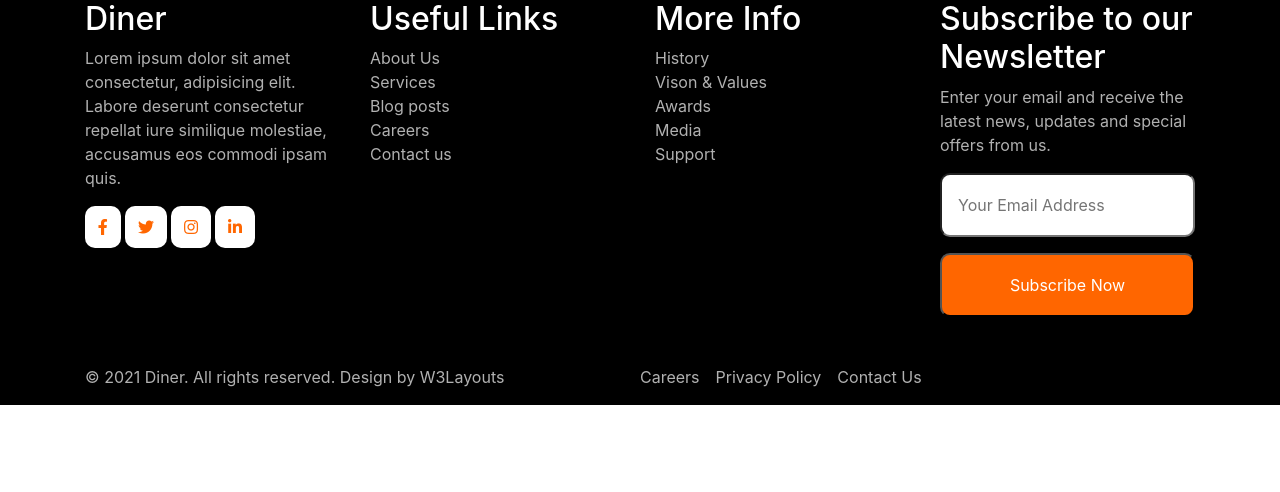
Repository: ngoctinvo/diner_project_cybersoft
Page: index.html
An editor plug-in stored every save of this project. The page is shown before and after the next save, followed by the edit.
The browser window is 1280 px wide. The pictures show the whole page.
Some web libraries are served in a nearby version. The style sheet was rebuilt from its Sass, Less or Tailwind sources for each picture, by a compiler version that may differ from the author's.

Above is the page before, as saved 2022-04-16 15:44:33.
Not found: js/index.js

### index.html
<!DOCTYPE html>
<html lang="en">

<head>
    <meta charset="UTF-8">
    <meta http-equiv="X-UA-Compatible" content="IE=edge">
    <meta name="viewport" content="width=device-width, initial-scale=1.0">
    <title>Document</title>
    <link rel="stylesheet" href="https://cdnjs.cloudflare.com/ajax/libs/font-awesome/6.1.1/css/all.min.css" />
    <link rel="stylesheet" href="https://cdnjs.cloudflare.com/ajax/libs/aos/2.3.4/aos.css" />
    <link rel="stylesheet" href="https://cdnjs.cloudflare.com/ajax/libs/animate.css/4.1.1/animate.min.css" />
    <link rel="stylesheet" href="https://cdnjs.cloudflare.com/ajax/libs/slick-carousel/1.8.1/slick.min.css" />
    <link rel="stylesheet" href="https://cdnjs.cloudflare.com/ajax/libs/slick-carousel/1.8.1/slick-theme.min.css" />
    <link rel="stylesheet" href="https://cdn.jsdelivr.net/npm/bootstrap@4.6.0/dist/css/bootstrap.min.css" />
    <link rel="stylesheet" href="https://cdnjs.cloudflare.com/ajax/libs/font-awesome/5.15.4/css/all.min.css" />
    <link rel="stylesheet" href="./css/index.css">
</head>

<body>
    <header></header>
    <footer class="footer">
        <div class="container">
            <div class="infor">
                <div class="row">
                    <div class="col-lg-3 col-md-6 col-sm-12">
                        <div class="item diner">
                            <h2>Diner</h2>
                            <p>Lorem ipsum dolor sit amet consectetur, adipisicing elit. Labore deserunt consectetur repellat iure similique molestiae, accusamus eos commodi ipsam quis.</p>
                            <div class="icon">
                                <i class="fab fa-facebook-f"></i>
                                <i class="fab fa-twitter"></i>
                                <i class="fab fa-instagram"></i>
                                <i class="fab fa-linkedin-in"></i>
                            </div>
                        </div>
                    </div>

                    <div class="col-lg-3 col-md-6 col-sm-12">
                        <div class="item userful-links">
                            <h2>Useful Links</h2>
                            <div class="list">
                                <a href="#">About Us</a>
                                <a href="#">Services</a>
                                <a href="#">Blog posts</a>
                                <a href="#">Careers</a>
                                <a href="#">Contact us</a>
                            </div>


                        </div>
                    </div>
                    <div class="col-lg-3 col-md-6 col-sm-12">
                        <div class="item more-info">
                            <h2>More Info</h2>
                            <div class="list">
                                <a href="#">History</a>
                                <a href="#">Vison & Values</a>
                                <a href="#">Awards</a>
                                <a href="#">Media</a>
                                <a href="#">Support</a>
                            </div>

                        </div>
                    </div>
                    <div class="col-lg-3 col-md-6 col-sm-12">
                        <div class="item subscribe">
                            <h2>Subscribe to our Newsletter</h2>
                            <p>Enter your email and receive the latest news, updates and special offers from us.</p>
                            <input type="text" placeholder="Your Email Address">
                            <button>Subscribe Now</button>
                        </div>
                    </div>
                </div>
            </div>
            <div class="copyright">
                <div class="row">
                    <div class="right col-lg-6 col-md-12">
                        <p>&copy; 2021 Diner. All rights reserved. Design by W3Layouts</p>
                    </div>
                    <div class="nav col-lg-6 col-md-12">
                        <ul>
                            <li><a href="#">Careers</a></li>
                            <li><a href="#">Privacy Policy</a></li>
                            <li><a href="#">Contact Us</a></li>
                        </ul>
                    </div>
                </div>

            </div>
        </div>
    </footer>
    <script src="https://code.jquery.com/jquery-3.6.0.min.js"></script>
    <script src="https://cdnjs.cloudflare.com/ajax/libs/aos/2.3.4/aos.js"></script>
    <script type="text/javascript" src="//cdn.jsdelivr.net/npm/slick-carousel@1.8.1/slick/slick.min.js"></script>
    <script src="https://cdnjs.cloudflare.com/ajax/libs/popper.js/1.14.7/umd/popper.min.js"></script>
    <script src="https://stackpath.bootstrapcdn.com/bootstrap/4.3.1/js/bootstrap.min.js"></script>
    <script src="./js/index.js"></script>
</body>

</html>

### sass/index.scss
* {
    margin: 0;
    padding: 0;
    box-sizing: border-box;
}

.footer {
    background-color: black;
    color: rgb(177, 177, 177);
    a {
        color: rgb(177, 177, 177);
    }
    a:hover {
        color: #ff6600;
        text-decoration: none;
    }
    .infor {
        h2 {
            color: white;
        }
        .icon i {
            padding: 0.8rem;
            color: #ff6600;
            border-radius: 10px;
            background-color: white;
            font-size: 1rem;
        }
        .list {
            display: flex;
            flex-direction: column;
        }
        .subscribe input {
            width: 100%;
            height: 4rem;
            border-radius: 10px;
            margin-bottom: 1rem;
            padding-left: 1rem;
        }
        .subscribe button {
            width: 100%;
            height: 4rem;
            border-radius: 10px;
            background-color: #ff6600;
            color: white;
        }
    }
    .copyright {
        margin: 3rem 0;
        .nav ul {
            display: flex;
            flex-direction: row;
            li {
                margin-right: 1rem;
                list-style-type: none;
            }
        }
    }
}


/*# sourceMappingURL=index.css.map */

After the next save:
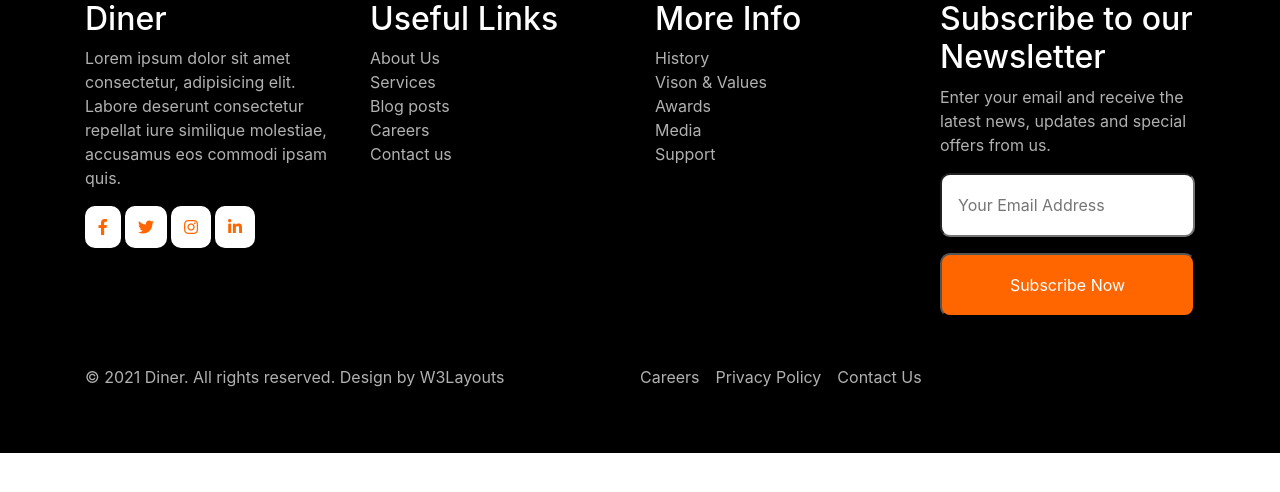
Saved 13 s later.
--- a/sass/index.scss
+++ b/sass/index.scss
@@ -45,7 +45,7 @@
         }
     }
     .copyright {
-        margin: 3rem 0;
+        padding: 3rem 0;
         .nav ul {
             display: flex;
             flex-direction: row;
